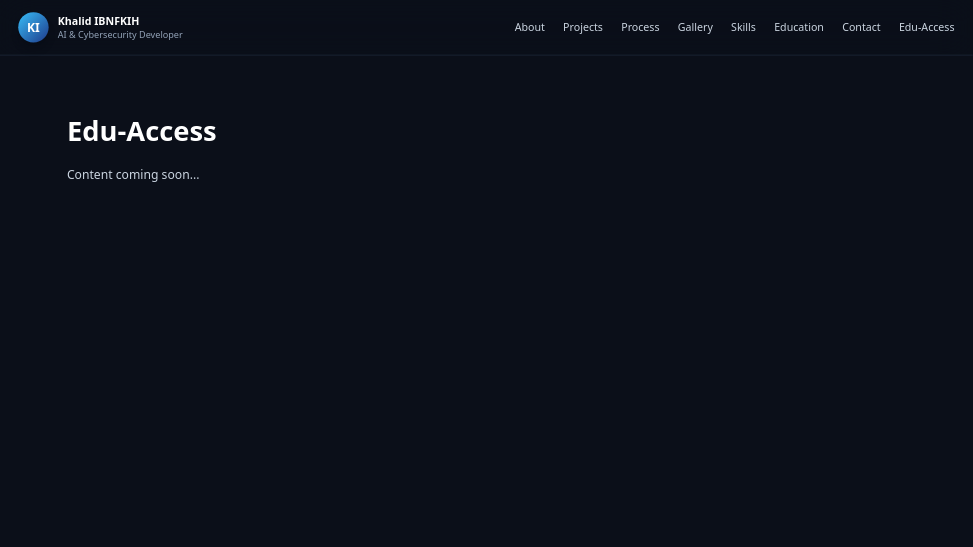
Repository: IBNKHALID06/KhalidAlxPortfolio
Page: /eduaccess
These files come from the project's save history. The page is drawn as it stood at one moment and after the next save; the edit follows.
The browser window is 1280 px wide. The pictures show the whole page, at 76% of full size.
The project was rebuilt for these pictures with package versions that can differ from the ones it lists, and the page was loaded fresh each time. Also part of the build but not shown: vite.config.js, src/pages/About.tsx, src/components/ProjectCard.tsx, src/pages/Projects.tsx, src/pages/Process.tsx, src/pages/Gallery.tsx, src/pages/Skills.tsx, src/pages/Education.tsx and 1 more.

Above is the page before, as saved 2025-11-30 20:13:12.

### index.html
<!DOCTYPE html>
<html lang="en">
  <head>
    <meta charset="UTF-8" />
    <meta name="viewport" content="width=device-width, initial-scale=1.0" />
    <title>Khalid Portfolio</title>
  </head>
  <body class="bg-[#0b0f19]">
    <div id="root"></div>
    <script type="module" src="/src/main.tsx"></script>
  </body>
</html>

### src/App.tsx
import { BrowserRouter as Router, Routes, Route, Navigate } from "react-router-dom";
import Navbar from "./components/Navbar";
import About from "./pages/About";
import Projects from "./pages/Projects";
import Process from "./pages/Process";
import Gallery from "./pages/Gallery";
import Skills from "./pages/Skills";
import Education from "./pages/Education";
import Contact from "./pages/Contact";
import EduAccess from "./pages/EduAccess";

function App() {
  return (
    <Router>
      <div className="min-h-screen bg-[#0b0f19] text-white font-sans">
        <Navbar />
        <main>
          <Routes>
            <Route path="/" element={<Navigate to="/about" replace />} />
            <Route path="/about" element={<About />} />
            <Route path="/projects" element={<Projects />} />
            <Route path="/process" element={<Process />} />
            <Route path="/gallery" element={<Gallery />} />
            <Route path="/skills" element={<Skills />} />
            <Route path="/education" element={<Education />} />
            <Route path="/contact" element={<Contact />} />
            <Route path="/eduaccess" element={<EduAccess />} />
          </Routes>
        </main>
      </div>
    </Router>
  );
}

export default App;

### src/index.css
@tailwind base;
@tailwind components;
@tailwind utilities;

body {
  background-color: #0b0f19;
  color: white;
}

### src/components/Navbar.tsx
import { Link } from "react-router-dom";
import { useState } from "react";

export default function Navbar() {
  const [open, setOpen] = useState(false);
  const links = ["about", "projects", "process", "gallery", "skills", "education", "contact", "eduaccess"];

  return (
    <header className="sticky top-0 z-50 bg-[#0b0f19]/80 backdrop-blur-xl border-b border-slate-800">
      <div className="max-w-7xl mx-auto px-6 py-4 flex justify-between items-center">
        <Link to="/about" className="flex items-center gap-3 select-none">
          <div className="w-10 h-10 rounded-full bg-gradient-to-br from-sky-400 to-blue-900 flex items-center justify-center font-bold text-white shadow-lg">
            KI
          </div>
          <div>
            <h1 className="text-sm font-semibold">Khalid IBNFKIH</h1>
            <p className="text-xs text-slate-400">AI & Cybersecurity Developer</p>
          </div>
        </Link>

        <nav className="hidden md:flex gap-6 text-sm">
          {links.map((item) => (
            <Link key={item} to={`/${item}`} className="text-slate-300 hover:text-sky-400 transition">
              {item === "eduaccess" ? "Edu-Access" : item.charAt(0).toUpperCase() + item.slice(1)}
            </Link>
          ))}
        </nav>

        <button className="md:hidden text-2xl" onClick={() => setOpen(!open)}>
          {open ? "✕" : "☰"}
        </button>
      </div>

      {open && (
        <div className="md:hidden px-6 pb-4 space-y-2 bg-[#111827] border-t border-slate-800">
          {links.map((item) => (
            <Link
              key={item}
              to={`/${item}`}
              onClick={() => setOpen(false)}
              className="block text-slate-300 hover:text-sky-400 py-1"
            >
              {item === "eduaccess" ? "Edu-Access" : item.charAt(0).toUpperCase() + item.slice(1)}
            </Link>
          ))}
        </div>
      )}
    </header>
  );
}

### src/pages/EduAccess.tsx
import Page from "../components/Page";

export default function EduAccess() {
  return (
    <Page>
      <h2 className="text-4xl font-bold mb-6">Edu-Access</h2>
      <p className="text-slate-300">Content coming soon...</p>
    </Page>
  );
}

### src/components/Page.tsx
import { motion } from "framer-motion";
import React from "react";

type Props = { children: React.ReactNode };

export default function Page({ children }: Props) {
  return (
    <motion.section
      initial={{ opacity: 0, y: 20 }}
      animate={{ opacity: 1, y: 0 }}
      transition={{ duration: 0.4 }}
      className="max-w-6xl mx-auto px-6 py-20"
    >
      {children}
    </motion.section>
  );
}

Loaded but not shown: src/main.tsx (common file); tailwind.config.js (common file)

After the next save:
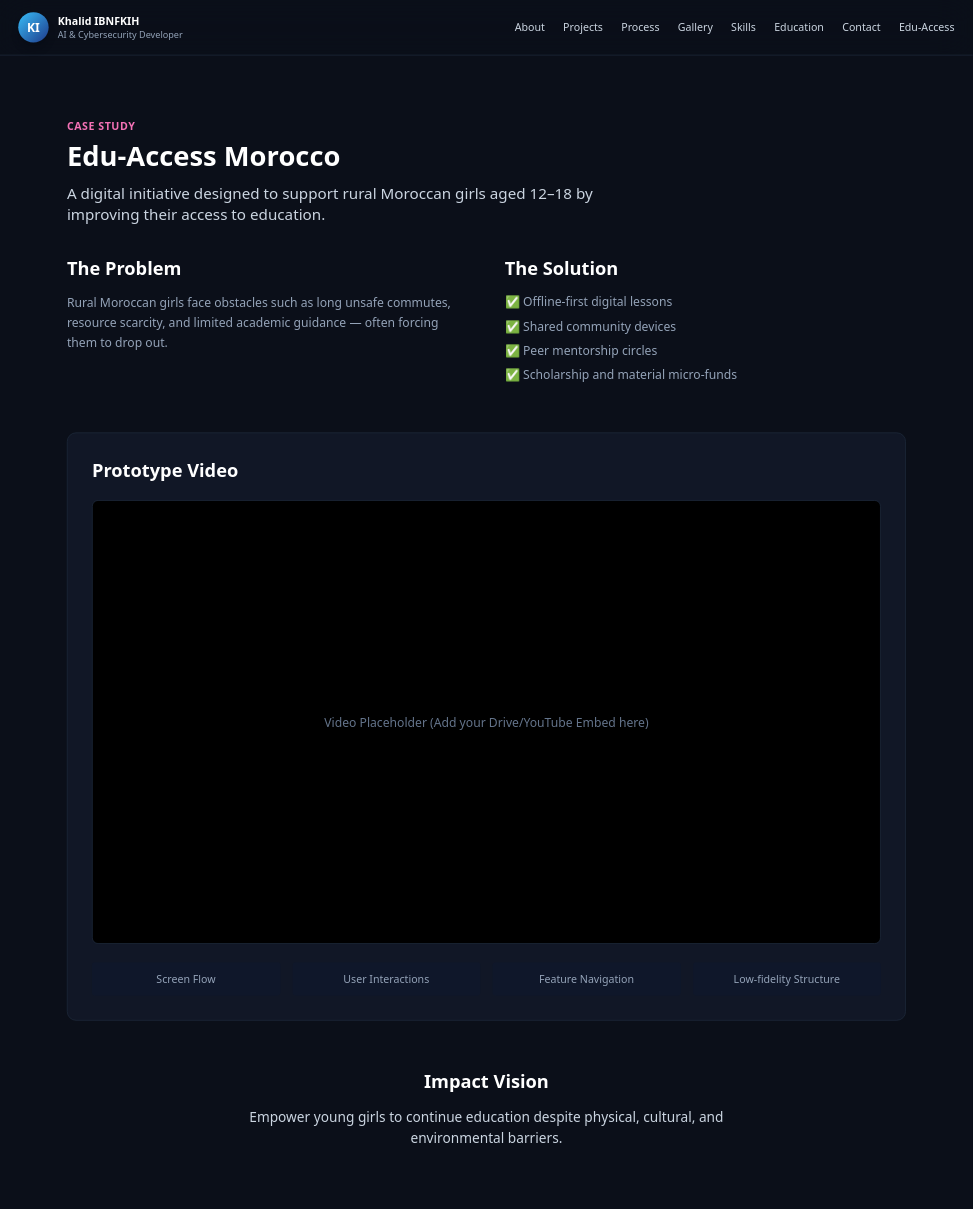
Saved 2 s later.
--- a/src/pages/EduAccess.tsx
+++ b/src/pages/EduAccess.tsx
@@ -3,8 +3,51 @@ import Page from "../components/Page";
 export default function EduAccess() {
   return (
     <Page>
-      <h2 className="text-4xl font-bold mb-6">Edu-Access</h2>
-      <p className="text-slate-300">Content coming soon...</p>
+      <div className="mb-10">
+        <span className="text-pink-400 font-semibold tracking-wider text-sm uppercase">Case Study</span>
+        <h2 className="text-4xl font-bold mt-2 mb-4">Edu-Access Morocco</h2>
+        <p className="text-xl text-slate-300 max-w-3xl">
+          A digital initiative designed to support rural Moroccan girls aged 12–18 by improving their access to education.
+        </p>
+      </div>
+
+      <div className="grid md:grid-cols-2 gap-12 mb-16">
+        <div>
+          <h3 className="text-2xl font-semibold text-white mb-4">The Problem</h3>
+          <p className="text-slate-400 leading-relaxed">
+            Rural Moroccan girls face obstacles such as long unsafe commutes, resource scarcity, and limited academic guidance — often forcing them to drop out.
+          </p>
+        </div>
+        <div>
+          <h3 className="text-2xl font-semibold text-white mb-4">The Solution</h3>
+          <ul className="space-y-2 text-slate-400">
+            <li className="flex items-center gap-2">✅ Offline-first digital lessons</li>
+            <li className="flex items-center gap-2">✅ Shared community devices</li>
+            <li className="flex items-center gap-2">✅ Peer mentorship circles</li>
+            <li className="flex items-center gap-2">✅ Scholarship and material micro-funds</li>
+          </ul>
+        </div>
+      </div>
+
+      <div className="bg-[#111726] border border-slate-800 rounded-xl p-8 mb-16">
+        <h3 className="text-2xl font-semibold text-white mb-6">Prototype Video</h3>
+        <div className="aspect-video bg-black rounded-lg flex items-center justify-center border border-slate-800">
+          <p className="text-slate-500">Video Placeholder (Add your Drive/YouTube Embed here)</p>
+        </div>
+        <div className="mt-6 grid grid-cols-2 md:grid-cols-4 gap-4 text-sm text-slate-400">
+          <div className="text-center p-3 bg-slate-900 rounded">Screen Flow</div>
+          <div className="text-center p-3 bg-slate-900 rounded">User Interactions</div>
+          <div className="text-center p-3 bg-slate-900 rounded">Feature Navigation</div>
+          <div className="text-center p-3 bg-slate-900 rounded">Low-fidelity Structure</div>
+        </div>
+      </div>
+
+      <div className="text-center max-w-2xl mx-auto">
+        <h3 className="text-2xl font-semibold text-white mb-4">Impact Vision</h3>
+        <p className="text-slate-300 text-lg">
+          Empower young girls to continue education despite physical, cultural, and environmental barriers.
+        </p>
+      </div>
     </Page>
   );
 }
